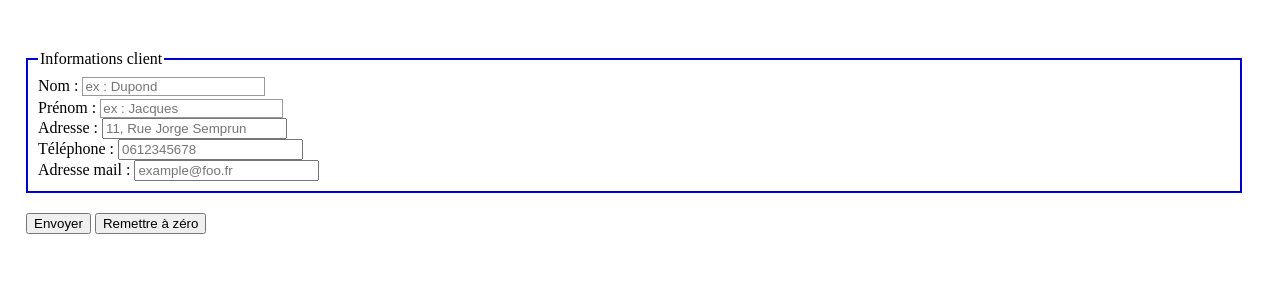
Repository: big73/NFE114
Page: http://localhost/Seance4-step1/formClient.jsp
These files come from the project's save history. The page is drawn as it stood at one moment and after the next save; the edit follows.
The browser window is 1280 px wide. The pictures show the whole page.
The page is served by Tomcat 9. Other server files are loaded and not shown.

Above is the page before, as saved 2015-12-30 14:21:42.

### Seance4-step1/WebContent/formClient.jsp
<%@ page language="java" contentType="text/html; charset=UTF-8"
    pageEncoding="UTF-8"%>
<!DOCTYPE html PUBLIC "-//W3C//DTD HTML 4.01 Transitional//EN" "http://www.w3.org/TR/html4/loose.dtd">
<html>
<head>
<meta http-equiv="Content-Type" content="text/html; charset=UTF-8">
<title>Insert title here</title>
<link rel="stylesheet" href="css/style.css">
</head>
<body>

	<form>
		<fieldset>
		<legend>Informations client</legend>

			<label>Nom : </label>
			<input class="saisie" type="text" placeholder="ex : Dupond" name="nom"><br>

			<label>Prénom : </label>
			<input class="saisie" type="text" placeholder="ex : Jacques" name="prenom"><br>

			<label>Adresse : </label>
			<input type="text" placeholder="11, Rue Jorge Semprun" name="adresse"><br>

			<label>Téléphone : </label>
			<input type="text" placeholder="0612345678" name="phone"><br>

			<label>Adresse mail : </label>
			<input type="text" placeholder="example@foo.fr" name="mail"><br>
		</fieldset>

		<div class="actionneur">
			<input type="submit" value="Envoyer">
			<input type="reset" value="Remettre à zéro">
		</div>
	</form>

</body>
</html>

### Seance4-step1/WebContent/WEB-INF/taglibs.jsp
<%@ page language="java" contentType="text/html; charset=UTF-8" pageEncoding="UTF-8"%>
<%@ taglib uri="http://java.sun.com/jsp/jstl/core" prefix="c" %>
<%@ taglib uri="http://java.sun.com/jsp/jstl/functions" prefix="fn" %>
<!DOCTYPE html PUBLIC "-//W3C//DTD HTML 4.01 Transitional//EN" "http://www.w3.org/TR/html4/loose.dtd">
<html>
<head>
<meta http-equiv="Content-Type" content="text/html; charset=UTF-8">
<title>Taglibs Repo</title>
</head>
<body>

</body>
</html>

### Seance4-step1/WebContent/css/style.css
.actionneur
{
	margin-left : 18px;
}

fieldset {
    border-color: blue;
    margin-top : 50px;
    margin-left : 18px;
    margin-right : 30px;
    margin-bottom : 20px;

    padding-left : 10px;
}

.saisie
{
	margin: 3px 3px 0px 0px;

    border: 1px #999 solid;
}

After the next save:
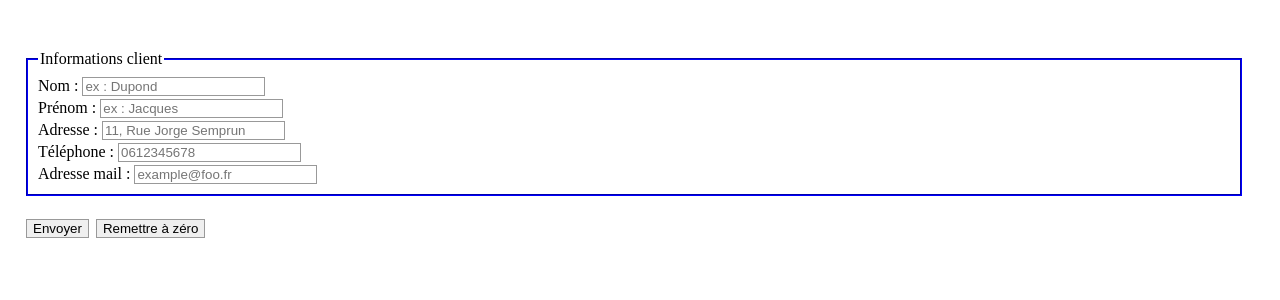
Saved 9 min 53 s later.
--- a/Seance4-step1/WebContent/css/style.css
+++ b/Seance4-step1/WebContent/css/style.css
@@ -13,7 +13,7 @@ fieldset {
     padding-left : 10px;
 }
 
-.saisie
+input
 {
 	margin: 3px 3px 0px 0px;
 
